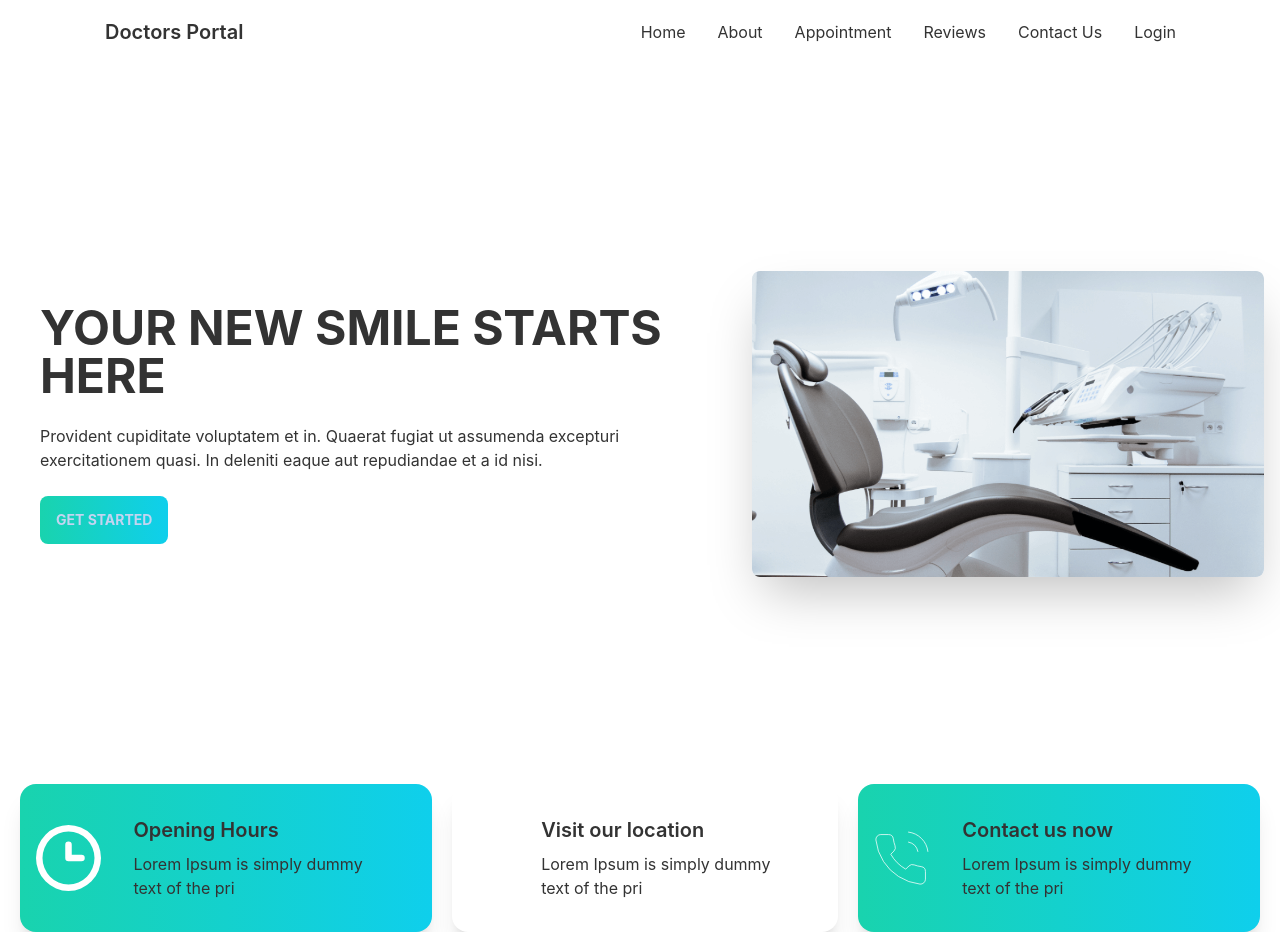
Repository: shikubro90/doctorsportal
Page: /
The author's editor kept a copy of each file at every save. The page is drawn from the files as they stood at one save, then again after a run of saves.
The browser window is 1280 px wide. The pictures show the whole page.
The project was rebuilt for these pictures with package versions that can differ from the ones it lists, and the page was loaded fresh each time. Also part of the build but not shown: src/App.css, src/Pages/About/About.jsx.

Above is the page before, as saved 2022-09-28 17:14:50.

After the next 2 saves:
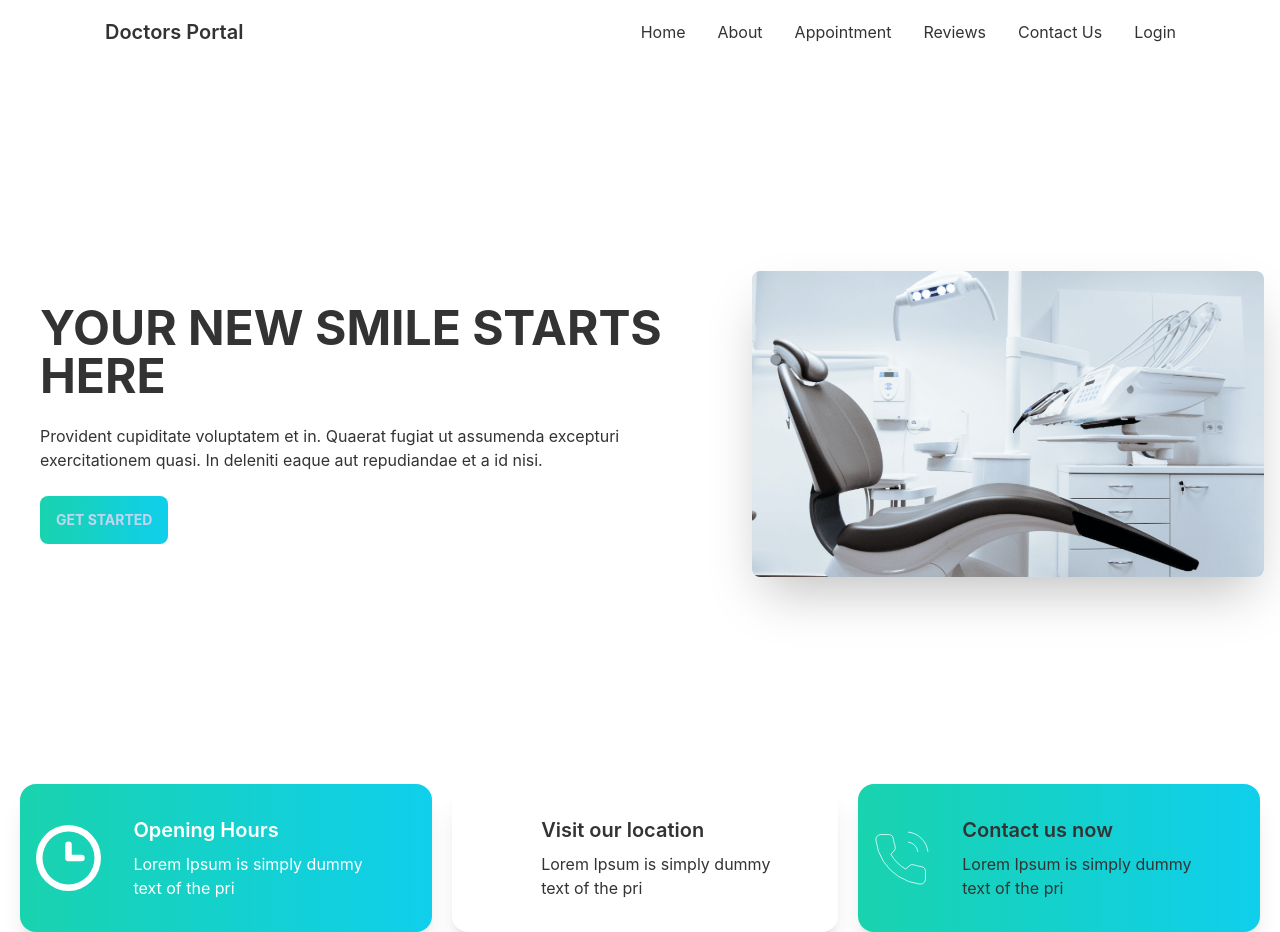
The 2 saves are shown as one change because they came seconds apart.
The last was saved 5 s later.
--- a/src/assets/resourse/Resourse.js
+++ b/src/assets/resourse/Resourse.js
@@ -8,7 +8,7 @@ export const miniCard =[
         icon : clock,
         title : "Opening Hours",
         disc : "Lorem Ipsum is simply dummy text of the pri",
-        style : 'bg-gradient-to-r from-secondary to-primary color'
+        style : 'bg-gradient-to-r from-secondary to-primary text-white'
     },
     {
         id : 1,
